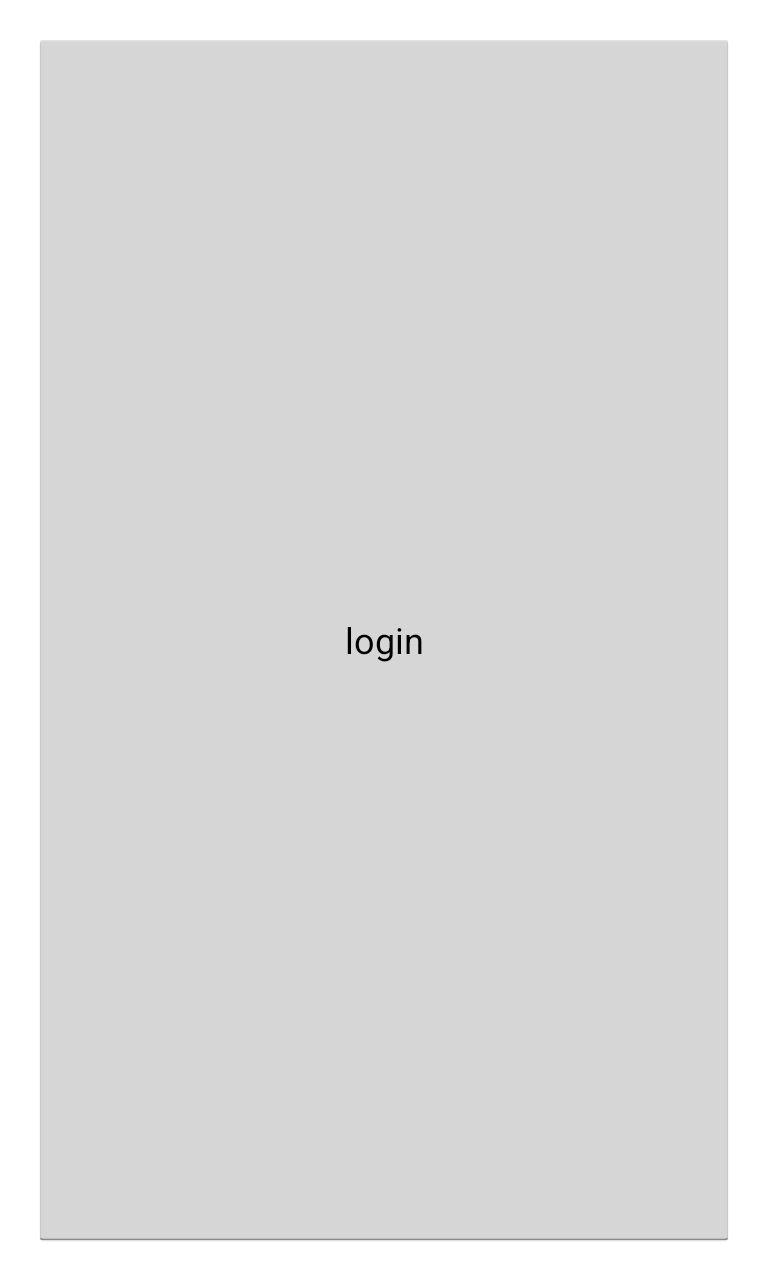
Repository: arjuntheprogrammer/iact
Layout: iact/iact android practice/mywork/tabhost/res/layout/activity_main.xml
The author's editor kept a copy of each file at every save. The layout is drawn from the files as they stood at one save, then again after the next save.
It is drawn on a 768 x 1280 px phone screen (xhdpi) without system bars, with theme AppTheme; the app's code is not run.

Above is the layout before, as saved 2016-01-05 10:52:54.

After the next save:
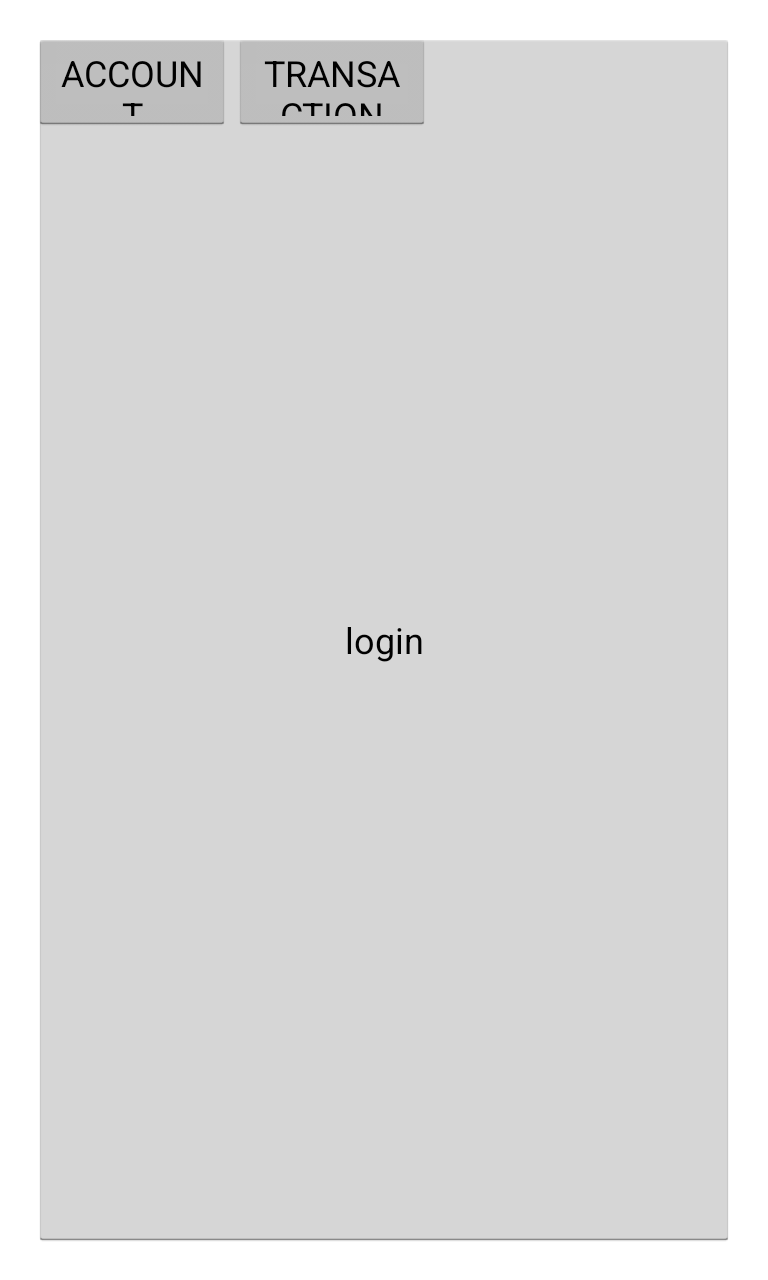
Saved 50 s later.
--- a/iact/iact android practice/mywork/tabhost/res/layout/activity_main.xml
+++ b/iact/iact android practice/mywork/tabhost/res/layout/activity_main.xml
@@ -61,6 +61,20 @@
                     android:id="@+id/tab2"
                     android:layout_width="match_parent"
                     android:layout_height="match_parent" >
+                <Button
+                    android:id="@+id/b4"
+                    android:text="ACCOUNT"
+                    android:layout_width="100dp"
+                    android:layout_height="50dp"
+                    />
+                <Button
+                    android:id="@+id/b5"
+                    android:text="TRANSACTION"
+                    android:layout_width="100dp"
+                    android:layout_height="50dp"
+                    />
+
+
                 </LinearLayout>
 
                 <LinearLayout
